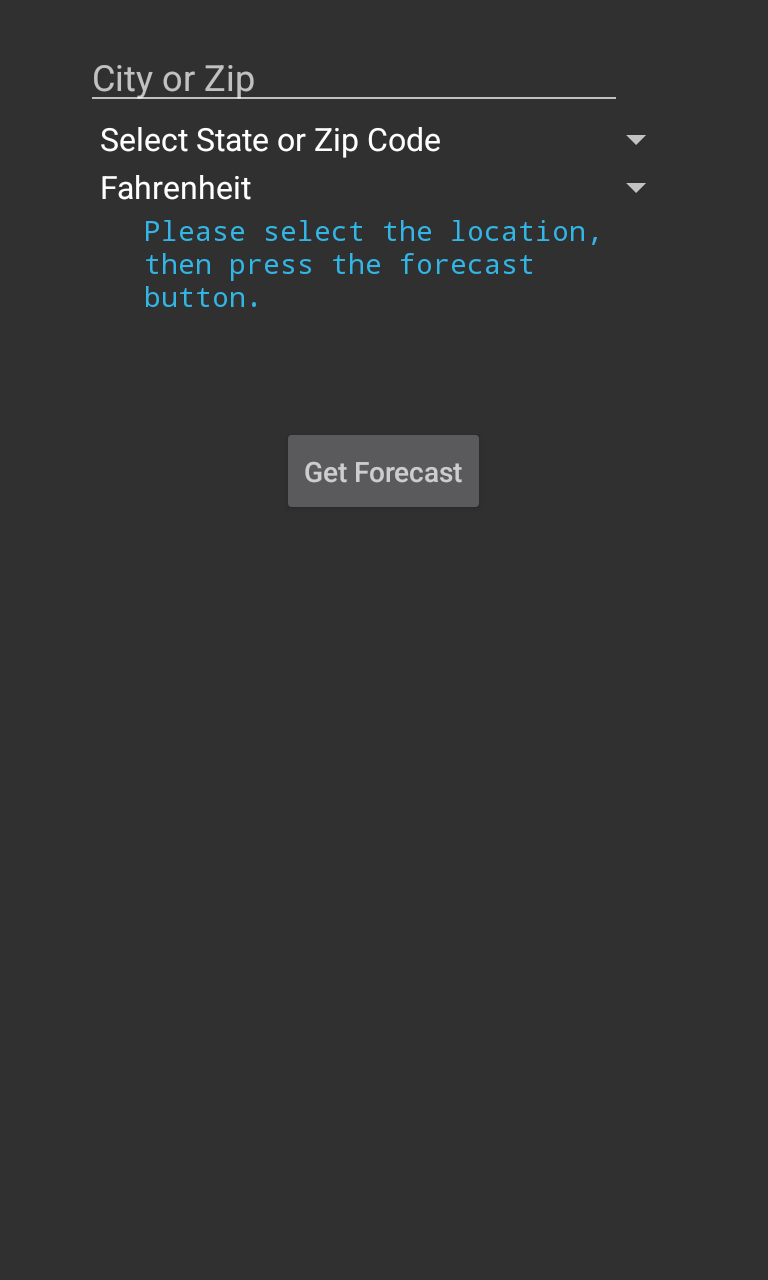
Repository: g80349/Java1
Layout: Week4/Weather/res/layout/activity_main.xml
An editor plug-in stored every save of this project. The layout is shown before and after the next save, followed by the edit.
It is drawn on a 768 x 1280 px phone screen (xhdpi) without system bars, with theme Theme.AppCompat; the app's code is not run.

Above is the layout before, as saved 2014-04-30 23:22:09.

After the next save:
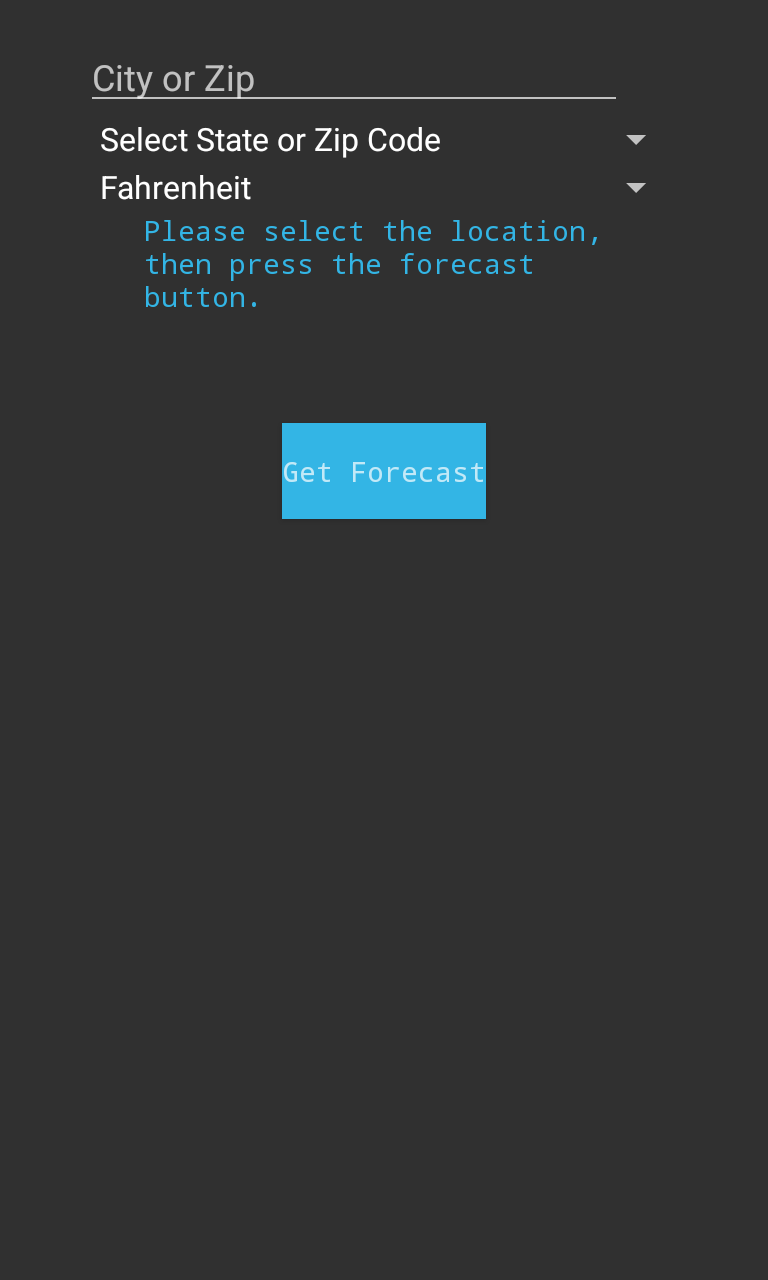
Saved 2 min 45 s later.
--- a/Week4/Weather/res/layout/activity_main.xml
+++ b/Week4/Weather/res/layout/activity_main.xml
@@ -50,6 +50,6 @@
         android:layout_marginTop="54dp"
         android:hint="@string/enter_button"
         android:onClick="onClick"
-        android:textColor="#33B5E5"/>
+        style="@style/buttonStyle"/>
 
 </RelativeLayout>
